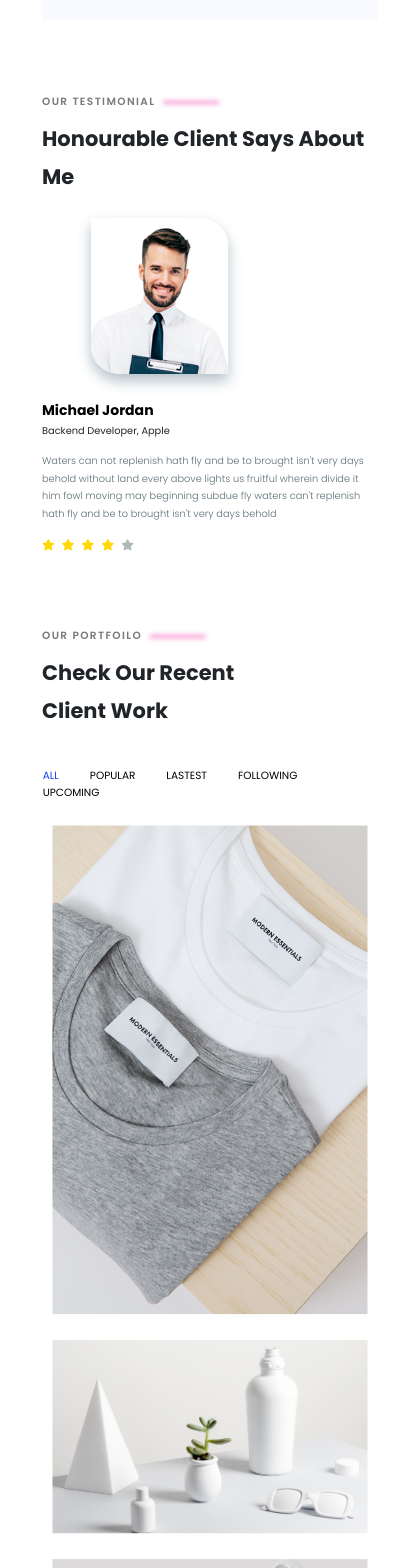
Repository: whoami2991/Sardorbek-Portfolio---Home
Page: index.html
The author's editor kept a copy of each file at every save. The page is drawn from the files as they stood at one save, then again after the next save.
The browser window is 600 px wide. The pictures show the part of the page from y = 3005 to 5245 px (the page is 9416 px tall), at 70% of full size.

Above is the page before, as saved 2024-08-04 18:12:21.

After the next save:
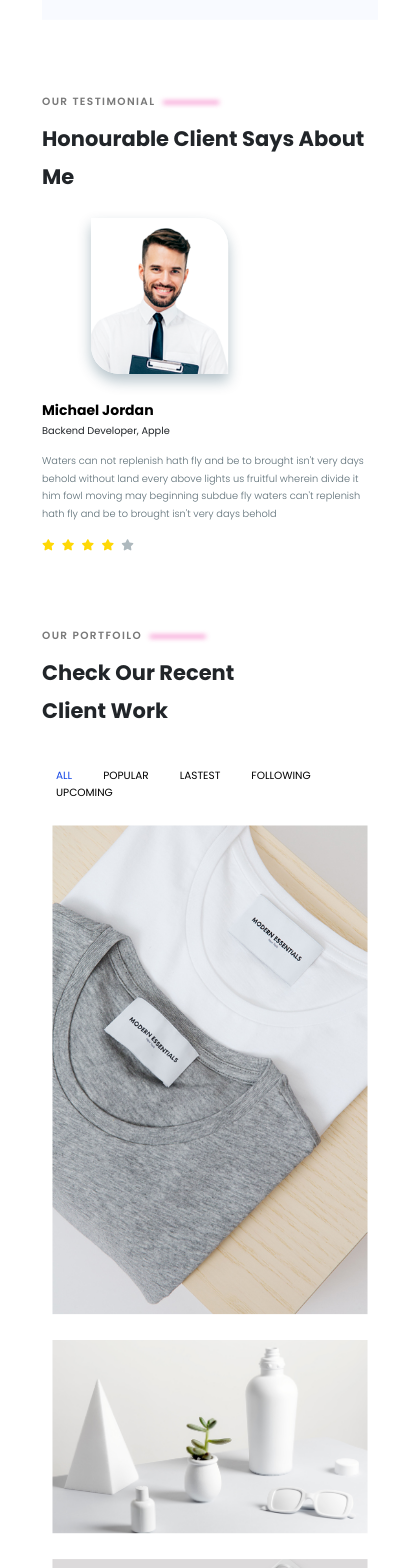
Saved 43 s later.
--- a/styles.css
+++ b/styles.css
@@ -513,6 +513,6 @@
         width: 100%;
     }
     .portfolio-filters{
-        padding-left: 1px;
-    }
-}
+        margin-left: 5px;
+    }
+}
